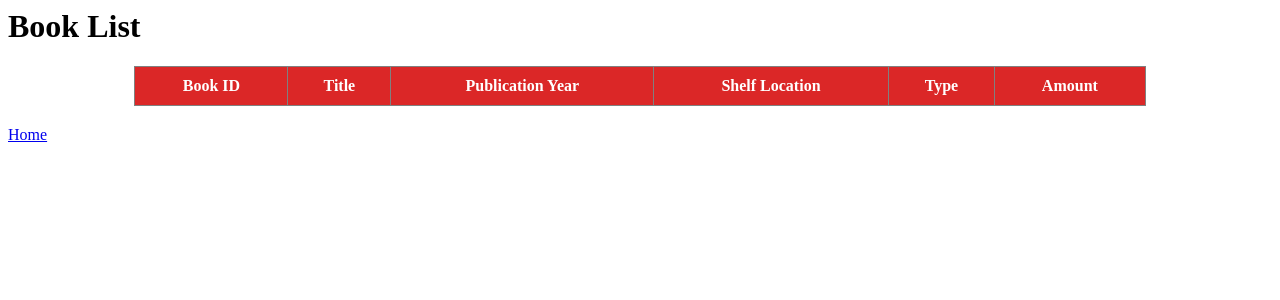
Repository: maximusprimeavenger/LibraryJavaServlet
Page: http://localhost/Servlet/bookListUser
The author's editor kept a copy of each file at every save. The page is drawn from the files as they stood at one save, then again after the next save.
The browser window is 1280 px wide. The pictures show the whole page.
The page is served by Tomcat 10. Queries for data that is not in the repository find no rows.

Above is the page before, as saved 2024-04-03 04:41:37.

After the next save:
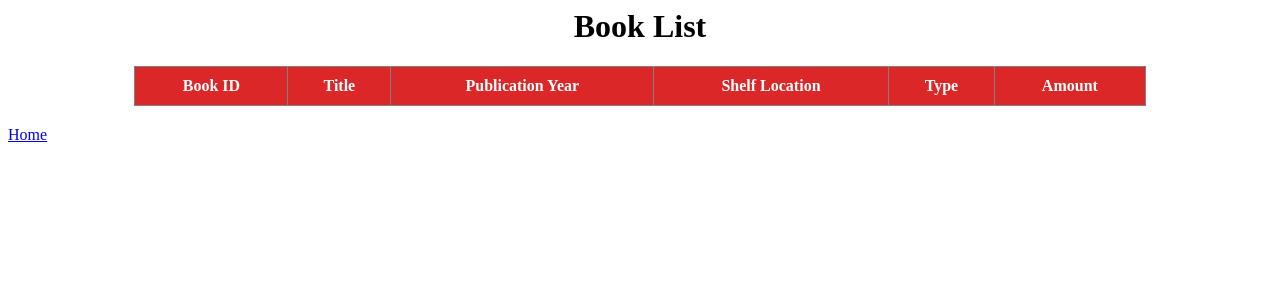
Saved 108 s later.
--- a/Servlet/src/main/java/garvit/BookListUser.java
+++ b/Servlet/src/main/java/garvit/BookListUser.java
@@ -32,8 +32,9 @@ public class BookListUser extends HttpServlet {
             try (Connection con = DriverManager.getConnection(url, user, password);
                  PreparedStatement ps = con.prepareStatement(query)) {
                 ResultSet rs = ps.executeQuery();
-                out.println("<html><head><title text-align: center>Book List</title>");
+                out.println("<html><head><title>Book List</title>");
                 out.println("<style>");
+                out.println("h1{ text-align: center;}");
                 out.println("table {border-collapse: collapse; width: 80%; margin: 20px auto;}");
                 out.println("th, td {padding: 10px; text-align: center;}");
                 out.println("th {background-color: #db2727; color: white;}");
